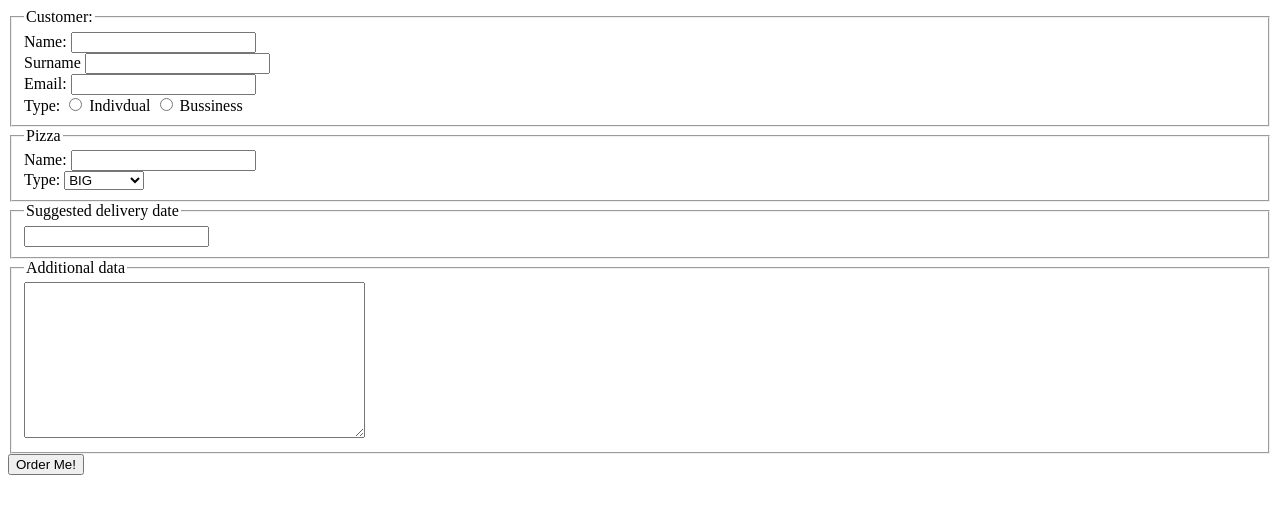
Repository: wisni4k/html-trainee
Page: testWeb/WebContent/Formularz.html
An editor plug-in stored every save of this project. The page is shown before and after the next save, followed by the edit.
The browser window is 1280 px wide. The pictures show the whole page.

Above is the page before, as saved 2015-07-10 12:01:33.

After the next save:
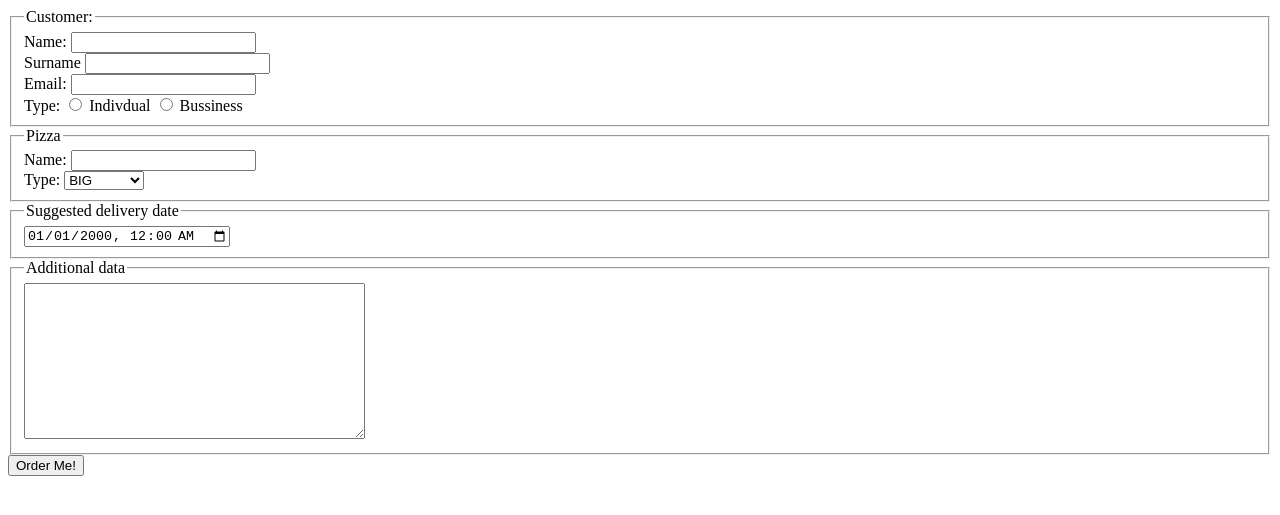
Saved 73 s later.
--- a/testWeb/WebContent/Formularz.html
+++ b/testWeb/WebContent/Formularz.html
@@ -28,7 +28,7 @@
 		<fieldset>
 			<legend>Suggested delivery date</legend>
 			<form>
-				<input name="t" type="datetime">
+				<input type="datetime-local" value="2000-01-01T00:00:00" />
 			</form>
 		</fieldset>
 		<fieldset>
